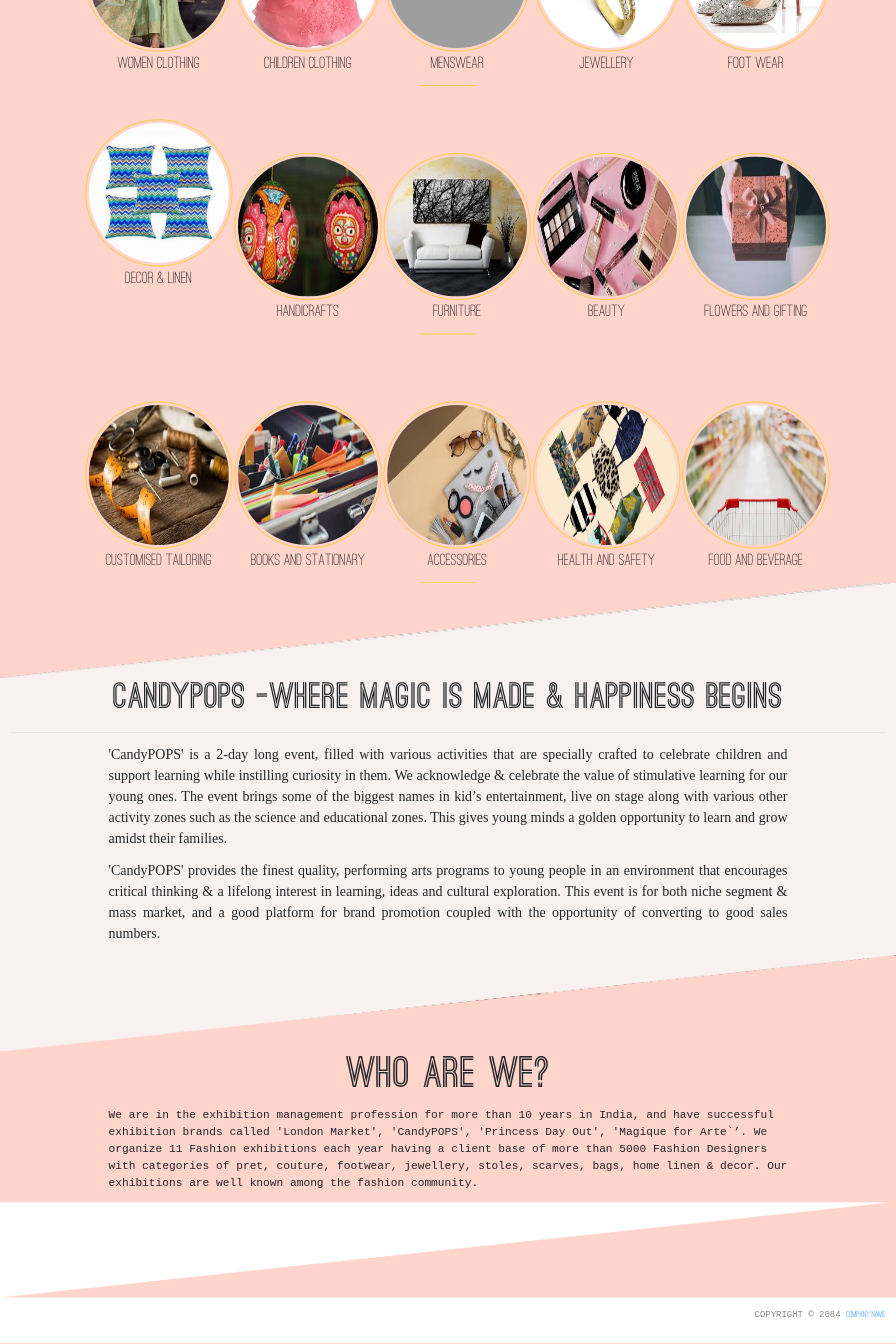
Repository: Demonster1999/newshoperrepo
Page: index.html
An editor plug-in stored every save of this project. The page is shown before and after the next save, followed by the edit.
The browser window is 1280 px wide. The pictures show the part of the page from y = 1801 to 3721 px (the page is 3721 px tall before and 3585 px after), at 70% of full size.
Pictures or frames that could not be fetched are drawn as grey boxes. Some web libraries are served in a nearby version.

Above is the page before, as saved 2020-07-21 15:59:20.
Console error: TypeError: Cannot read properties of null (reading 'getContext')

### index.html
<!DOCTYPE html>
<head>
	<meta charset="UTF-8">
	<title>London Market</title>
	<meta name="keywords" content="" />
	<meta name="description" content="" />
    <meta name="viewport" content="width=device-width, initial-scale=1.0">
    <!--
    	Roller Template
		http://www.london-market.com/preview/london-market_424_roller
	-->
	<link rel="stylesheet" href="https://fonts.googleapis.com/css2?family=Great+Vibes">
	<link href="http://fonts.googleapis.com/css?family=Open+Sans:300,400,700" rel="stylesheet" type="text/css">
	<!-- <link href="css/font-awesome.min.css" rel="stylesheet">FontAwesome Icons -->
	<link rel="stylesheet" href="https://cdnjs.cloudflare.com/ajax/libs/font-awesome/5.14.0/css/all.min.css"
		integrity="sha512-1PKOgIY59xJ8Co8+NE6FZ+LOAZKjy+KY8iq0G4B3CyeY6wYHN3yt9PW0XpSriVlkMXe40PTKnXrLnZ9+fkDaog=="
		crossorigin="anonymous" />
	<link rel="stylesheet" href="https://maxcdn.bootstrapcdn.com/bootstrap/4.0.0/css/bootstrap.min.css" integrity="sha384-Gn5384xqQ1aoWXA+058RXPxPg6fy4IWvTNh0E263XmFcJlSAwiGgFAW/dAiS6JXm" crossorigin="anonymous">
	<link rel="stylesheet" href="fonts/ostrich-sans.css">
	<link href="css/LondonMarket.css" rel="stylesheet" type="text/css">
	<link rel="stylesheet" href="css/into-to-app.css">
	<link rel="stylesheet" href="css/navbar.css">
	<link rel="stylesheet" href="css/carousel.css">

</head>
<body>
	<nav class="navbar custom-nav sticky-top p-0 m-0 ">
		<a class="navbar-brand mx-auto text-white" style="font-family: Great Vibes; font-size: 40px;" href="#">London Market</a>

	  </nav>

	<nav class="navbar third-nav navbar-expand-lg navbar-light bg-light">
		<div class="container">
			<button class="navbar-toggler navbar-toggler-icon" type="button" data-toggle="collapse" data-target="#navbarSupportedChontent"
			aria-controls="navbarSupportedContent" aria-expanded="false" aria-label="Toggle navigation">
			<span class=""></span>
		</button>


		<div class="collapse navbar-collapse" id="navbarSupportedContent">
			<ul class="navbar-nav  mr-auto text-center">

				<li class="nav-item">
					<a class=" " href="#">Register</a>
				</li>
				<li class="nav-item ">
					<a class="" href="#">login</a>
				</li>


		</div>
		<div class="  mr-auto ">
			<!-- social icons  -->
			<button class="fab fa-facebook-f"></button>
			<button class="fab fa-twitter"></button>
			<button class="fab fa-linkedin-in"></button>
			<button class="fab fa-instagram"></button>
			<button class="fab fa-youtube"></button>
		</div>
		</div>

	</nav>


	<!-- nav with dots  -->
	<nav class="nav">
        <ul>
            <li class="dot1 active" id="ec1" data-toggle="tooltip" data-placement="left" title="Tooltip on left"></li>
            <li class="dot2" id="ec2" data-toggle="tooltip" data-placement="left" title="Tooltip on left"></li>
            <li class="dot3" id="ec3"  data-toggle="tooltip" data-placement="left" title="Tooltip on left"></li>
			<li class="dot4" id="ec4"  data-toggle="tooltip" data-placement="left" title="Tooltip on left"></li>
			<li class="dot5" id="ec5"  data-toggle="tooltip" data-placement="left" title="Tooltip on left"></li>
			<li class="dot5" id="ec5"  data-toggle="tooltip" data-placement="left" title="Tooltip on left"></li>
        </ul>
    </nav>

		<section class="" id="home">
			<div id="demo" class="carousel slide" data-ride="carousel">
				<ul class="carousel-indicators">
					<li data-target="#demo" data-slide-to="0" class="active"></li>
					<li data-target="#demo" data-slide-to="1"></li>
					<li data-target="#demo" data-slide-to="2"></li>
					<!-- <li data-target="#demo" data-slide-to="3"></li> -->
				</ul>
				<div class="carousel-inner">
					<div class="carousel-item active">
						<img src="images/carousel/carousel1.jpg" alt="Los Angeles"   >
						<div class="carousel-caption">
							<h3>Los Angeles</h3>
							<p>We had such a great time in LA!</p>
						</div>
					</div>
					<div class="carousel-item">
						<img src="images/carousel/carousel4.jpg" alt="Chicago"  >
						<div class="carousel-caption">
							<h3>Chicago</h3>
							<p>Thank you, Chicago!</p>
						</div>
					</div>
					<div class="carousel-item">
						<img src="images/carousel/cp11.jpg" alt="Chicago" >
						<div class="carousel-caption">
							<h3>Chicago</h3>
							<p>Thank you, Chicago!</p>
						</div>
					</div>
					<!-- <div class="carousel-item">
						<img src="images/images/lmimages/Adobe_20200716_143015.png" alt="Chicago">
						<div class="carousel-caption">
							<h3>Chicago</h3>
							<p>Thank you, Chicago!</p>
						</div>
					</div> -->
					<!-- <div class="carousel-item">
						<img src="images/carousel/carousel3.jpg" alt="New York" class=" w-100" style="height: 300px; max-height: 500px;">
						<div class="carousel-caption">
							<h3>New York</h3>
							<p>We love the Big Apple!</p>
						</div>
					</div> -->
				</div>
				<a class="carousel-control-prev" href="#demo" data-slide="prev">
					<span class="carousel-control-prev-icon"></span>
				</a>
				<a class="carousel-control-next" href="#demo" data-slide="next">
					<span class="carousel-control-next-icon"></span>
				</a>
			</div>
		</section>

<section class=" intro-to-app container-fluid">
	<img src="images/tm-border-black-top.png" class="w-100 img-top" alt="">
	<div class="container-fluid text-center ">

		<img src="images/images/lmimages/lm.png" class="p-0 m-0" width=200px height="200px" alt="" >
		<h1 class="mx-auto  "> Get Shop-a-holic</h1>

		<hr>


		<div class="container ">
			<p class="lead text-justify">After a period of more than 10 successful years in exhibition management with a strong focus on the fashion and
			lifestyle industry, One Management International proudly brings to you yet another feather in its cap, ‘The London
			Market App’.
			The app is based on the simple concept of ‘Affordable Luxury’, where we strive to present creative and beautiful
			products from sellers across the world, through an intelligent and user-friendly app. We believe in the power of
			expressing oneself, as we aspire to showcase products and brands that stand apart. With our wide array of products
			ranging from clothing and accessories to home décor and furniture, we have something unique for everyone.
</p>
               <div class="row">
<div class="col-md-6 p-2 text-center">
	<a href="https://play.google.com/store/apps/details?id=com.prpwebs.londonmarket" class="h1"> <img src="images/logos/play store.png" class=" " width="160px" height="160px" alt="play">
		<center> Android</center>
	</a>
</div>
<div class="col-md-6 text-center">
	<a href="" class="h1"> <img src="images/logos/hiclipart.com.png" class=" " width="160px" height="160px" alt="app">
		<center>ios</center>
	</a>

</div>
			   </div>

		</div>
	</div>
	<img src="images/tm-border-black-bottom.png" class="w-100 imgbottom" alt="">
</section>


<section class="tm-dark-bg tm-section" id="portfolio">
			<div class="container-fluid">

<h1 style="font-weight: bold; font-size: 60px;" class="text-center"> The App Offers  </h1>
<div class="  row text-center mt-5 ">
	<div class="col-md-1"></div>
	<div class="col-md-2 text-center mt-5  ">
		<div class="tm-img-circle-border mx-auto ">
			<img src="images/category/display category/Women clothing.jpg" alt="Testimonial 1" class="img-circle tm-img-testimonial">
			<h4 class=" mt-2 "> Women clothing </h4>
		</div>
	</div>
	<div class="col-md-2 text-center mt-5 ">
		<div class="tm-img-circle-border mx-auto ">
			<img src="images/category/display category/children.jpg" alt="Testimonial 2" class="img-circle tm-img-testimonial">
			<h4 class=" mt-2 "> Children clothing</h4>
		</div>
	</div>
	<div class="col-md-2 text-center mt-5 ">
		<div class="tm-img-circle-border mx-auto ">
			<img src="images/category/display category/umens.jpeg" alt="Testimonial 3" class="img-circle tm-img-testimonial">
			<h4 class=" mt-2 "> Menswear </h4>
		</div>

	</div>
	<div class="col-md-2 text-center mt-5 ">
		<div class="tm-img-circle-border mx-auto ">
			<img src="images/category/display category/Jewellery.jpg" alt="Testimonial 4" class="img-circle tm-img-testimonial">
			<h4 class=" mt-2 "> Jewellery</h4>
		</div>
	</div>
	<div class="col-md-2 text-center mt-5 ">
		<div class="tm-img-circle-border mx-auto ">
			<img src="images/category/display category/Footwear.jpg" alt="Testimonial 5" class="img-circle tm-img-testimonial">
			<h4 class=" mt-2 "> foot wear </h4>
		</div>
	</div>
	<div class="col-md-1"></div>
</div>
<hr class="tm-author-name-underline mt-5">
<div class="  row text-center mt-5 ">
	<div class="col-md-1"></div>
	<div class="col-md-2 text-center mt54 ">
		<div class="tm-img-circle-border mx-auto ">
			<img src="images/category/display category/Decor & Linen.jpg" alt="Testimonial 1" class="img-circle tm-img-testimonial">
			<h4 class=" mt-2 "> Decor & Linen </h4>
		</div>
	</div>
	<div class="col-md-2 text-center mt-5 ">
		<div class="tm-img-circle-border mx-auto ">
			<img src="images/category/display category/Handicrafts.jpg" alt="Testimonial 2" class="img-circle tm-img-testimonial">
			<h4 class=" mt-2 "> Handicrafts </h4>
		</div>
	</div>
	<div class="col-md-2 text-center mt-5 ">
		<div class="tm-img-circle-border mx-auto  ">
			<img src="images/category/display category/Furniture.jpg" alt="Testimonial 3" class="img-circle tm-img-testimonial">
			<h4 class=" mt-2 "> Furniture</h4>
		</div>

	</div>
	<div class="col-md-2 text-center mt-5 ">
		<div class="tm-img-circle-border mx-auto ">
			<img src="images/category/display category/Beauty.jpg" alt="Testimonial 4" class="img-circle tm-img-testimonial">
			<h4 class=" mt-2 "> Beauty </h4>
		</div>
	</div>
	<div class="col-md-2 text-center mt-5 ">
		<div class="tm-img-circle-border mx-auto ">
			<img src="images/category/display category/Flowers & Gifting.jpg" alt="Testimonial 5" class="img-circle tm-img-testimonial">
			<h4 class=" mt-2 "> Flowers and Gifting </h4>
		</div>
	</div>
</div>
<hr class="tm-author-name-underline mt-5">
<div class="  row text-center mt-5 ">
	<div class="col-md-1"></div>
	<div class="col-md-2 text-center mt-5 ">
		<div class="tm-img-circle-border mx-auto ">
			<img src="images/category/display category/Customised Tailoring.jpg" alt="Testimonial 1" class="img-circle tm-img-testimonial">
			<h4 class=" mt-2 "> Customised Tailoring</h4>
		</div>
	</div>
	<div class="col-md-2 text-center mt-5 ">
		<div class="tm-img-circle-border mx-auto ">
			<img src="images/category/display category/books and stationary.jpg" alt="Testimonial 2" class="img-circle tm-img-testimonial">
			<h4 class=" mt-2 "> books and Stationary </h4>
		</div>
	</div>
	<div class="col-md-2 text-center mt-5 ">
		<div class="tm-img-circle-border mx-auto  ">
			<img src="images/category/display category/Accessories.jpg" alt="Testimonial 3" class="img-circle tm-img-testimonial">
			<h4 class=" mt-2 "> Accessories </h4>
		</div>

	</div>
	<div class="col-md-2 text-center mt-5 ">
		<div class="tm-img-circle-border mx-auto ">
			<img src="images/category/display category/health & safety.jpg" alt="Testimonial 4" class="img-circle tm-img-testimonial">
			<h4 class=" mt-2 "> Health and Safety </h4>
		</div>
	</div>
	<div class="col-md-2 text-center mt-5 ">
		<div class="tm-img-circle-border mx-auto ">
			<img src="images/category/display category/f&b.jpg" alt="Testimonial 5" class="img-circle tm-img-testimonial">
			<h4 class=" mt-2 "> Food and beverage </h4>
		</div>
	</div>
	<div class="col-md-1"></div>
</div>
<hr class="tm-author-name-underline mt-5">

					</div>
		</section> <!-- portfolio -->

<section class=" intro-to-app container-fluid">
	<img src="images/tm-border-black-top.png" class="w-100 img-top" alt="">
	<div class="container-fluid text-center ">

		<!-- <img src="images/images/lmimages/lm.png" class="p-0 m-0" width=200px height="200px" alt=""> -->
		<h1 class="mx-auto  "> CandyPOPS -Where Magic is made & Happiness begins </h1>

		<hr>


		<div class="container ">
			<p class="lead text-justify">'CandyPOPS' is a 2-day long event, filled with various activities that are specially crafted to celebrate children and
			support learning while instilling curiosity in them. We acknowledge & celebrate the value of stimulative learning for
			our young ones.
			The event brings some of the biggest names in kid’s entertainment, live on stage along with various other activity zones
			such as the science and educational zones. This gives young minds a golden opportunity to learn and grow amidst their
			families.
			</p>
			<p class="lead text-justify">'CandyPOPS' provides the finest quality, performing arts programs to young people in an environment that encourages
			critical thinking & a lifelong interest in learning, ideas and cultural exploration.
			This event is for both niche segment & mass market, and a good platform for brand promotion coupled with the opportunity
			of converting to good sales numbers.
			</p>



		</div>
	</div>
	<img src="images/tm-border-black-bottom.png" class="w-100 imgbottom" alt="">
</section>

<section class="tm-dark-bg tm-section" id="portfolio">
	<div class="container-fluid">

		<h1 style="font-weight: bold; font-size: 60px;" class="text-center"> Who are we? </h1>
		<div class="container">
<p style="font-family: 'Courier New', Courier, monospace;" class="mt-2">
	We are in the exhibition management profession for more than 10 years in India, and have successful exhibition
	brands
	called 'London Market', 'CandyPOPS', 'Princess Day Out', 'Magique for Arte`’. We organize 11 Fashion exhibitions
	each
	year having a client base of more than 5000 Fashion Designers with categories of pret, couture, footwear, jewellery,
	stoles, scarves, bags, home linen & decor. Our exhibitions are well known among the fashion community.
</p>

		</div>

	</div>
<img src="images/tm-border-white-top.png" class="w-100 img-top" alt="">
</section> <!-- portfolio -->



	<footer class="text-right bg-white">
		<p class="text-uppercase container small">Copyright &copy; 2084 <a href="#">Company Name</a></p>
	</footer>
	<script src="js/jquery-1.11.1.min.js" ></script>
	<!-- <script src="https://code.jquery.com/jquery-3.5.1.min.js"
		integrity="sha256-9/aliU8dGd2tb6OSsuzixeV4y/faTqgFtohetphbbj0=" crossorigin="anonymous"></script> -->
		<script src="https://cdnjs.cloudflare.com/ajax/libs/font-awesome/5.14.0/js/all.min.js"
			integrity="sha512-YSdqvJoZr83hj76AIVdOcvLWYMWzy6sJyIMic2aQz5kh2bPTd9dzY3NtdeEAzPp/PhgZqr4aJObB3ym/vsItMg=="
			crossorigin="anonymous"></script>
<script src="https://cdnjs.cloudflare.com/ajax/libs/popper.js/1.12.9/umd/popper.min.js" integrity="sha384-ApNbgh9B+Y1QKtv3Rn7W3mgPxhU9K/ScQsAP7hUibX39j7fakFPskvXusvfa0b4Q" crossorigin="anonymous"></script>
<script src="https://maxcdn.bootstrapcdn.com/bootstrap/4.0.0/js/bootstrap.min.js" integrity="sha384-JZR6Spejh4U02d8jOt6vLEHfe/JQGiRRSQQxSfFWpi1MquVdAyjUar5+76PVCmYl" crossorigin="anonymous"></script>
	<script src="js/LondonMarket.js"></script>
	<script src="js/scrollnav.js"></script>
</body>
</html>

### css/into-to-app.css
.intro-to-app{

    padding: 0;
    background-color:#F9F1F0;

}
.intro-to-app img{
    display: inline;
}
.intro-to-app h1{
    font-family: ostrich sans ;
    font-weight: bold;
    display: inline;
    font-size: 50px;

}
.intro-to-app p{
    font-family: hevletica;

}
.imgbottom{
    width: 200%;
    margin: 0;

    position: relative;

}

.img-top{
    margin: 0;
    position: relative;



}

### css/navbar.css
.custom-nav {
    background-color: #e2725b;

}
.custom-nav {
    color: #fff;
    font-size: 25px;

}

/* thirdnav  */
.third-nav a{
    color: black;
    font-family: 'Lucida Sans', 'Lucida Sans Regular', 'Lucida Grande', 'Lucida Sans Unicode', Geneva, Verdana, sans-serif;
    font-weight: bold;
    color: #e2725b;
}
.third-nav ul li{
    margin-left: 10%;
    margin-right: 10%;
}
.third-nav .fa-facebook-f,.fa-twitter,.fa-linkedin-in,.fa-instagram,.fa-youtube{
 margin-left: 5px;
  margin-right: 5px;
    color:#e2725b;

}

/* thirdnav end  */

.nav {
    position: fixed;
    top: 45%;
    bottom: 30%;
    right: 0;
	width: 60px;
	z-index: 50;
}

.nav ul {
	list-style: none;
}


.nav li {
    width: 10px;
	height: 10px;
	margin: 10px;
    border-radius: 100%;
    background-color: rosybrown;
    cursor: pointer;
    transition: .5s;
}

.dot1 {
    background-color: rgb(82, 43, 43);
}

.dot2 {
    background-color: rgb(24, 73, 44);
}

.dot3 {
    background-color: rgb(73, 58, 204);
}

.dot4 {
    background-color: rgb(58, 70, 31);
}

.active {
    box-shadow: 0 0 0 3px #fffffff1, 0 0 0 6px #000;
}

### css/carousel.css
#home .carousel-inner img {
    min-width: 100%;
    min-height: 320px;
    max-height: 500px;
    max-resolution: 0;
  }


  #home .carousel-inner .carousel-caption{
    position: absolute;
    font-size: 30px;
    background-color: rgba(0,0, 0, 0.3);
    width: 100%;
    margin: 0;
    left: 0;
    right: 0;
    height: 100%;
    top: 5px;

  }

    #home .carousel-inner .carousel-caption h3{
      position: relative;
      top: 40%;
      font-family:fantasy;

      font-size: 40px;
    }
    #home .carousel-inner .carousel-caption p{
      position: relative;
      top: 42%;
      font-family: Cambria, Cochin, Georgia, Times, 'Times New Roman', serif;

    }
    .carousel-control-prev,.carousel-control-next{
      z-index: 50;
    }

Loaded but not shown: fonts/ostrich-sans.css (common file); js/jquery-1.11.1.min.js (library); js/LondonMarket.js (359 lines, source omitted); js/scrollnav.js (48 lines, source omitted); css/LondonMarket.css (434 lines, source omitted)

After the next save:
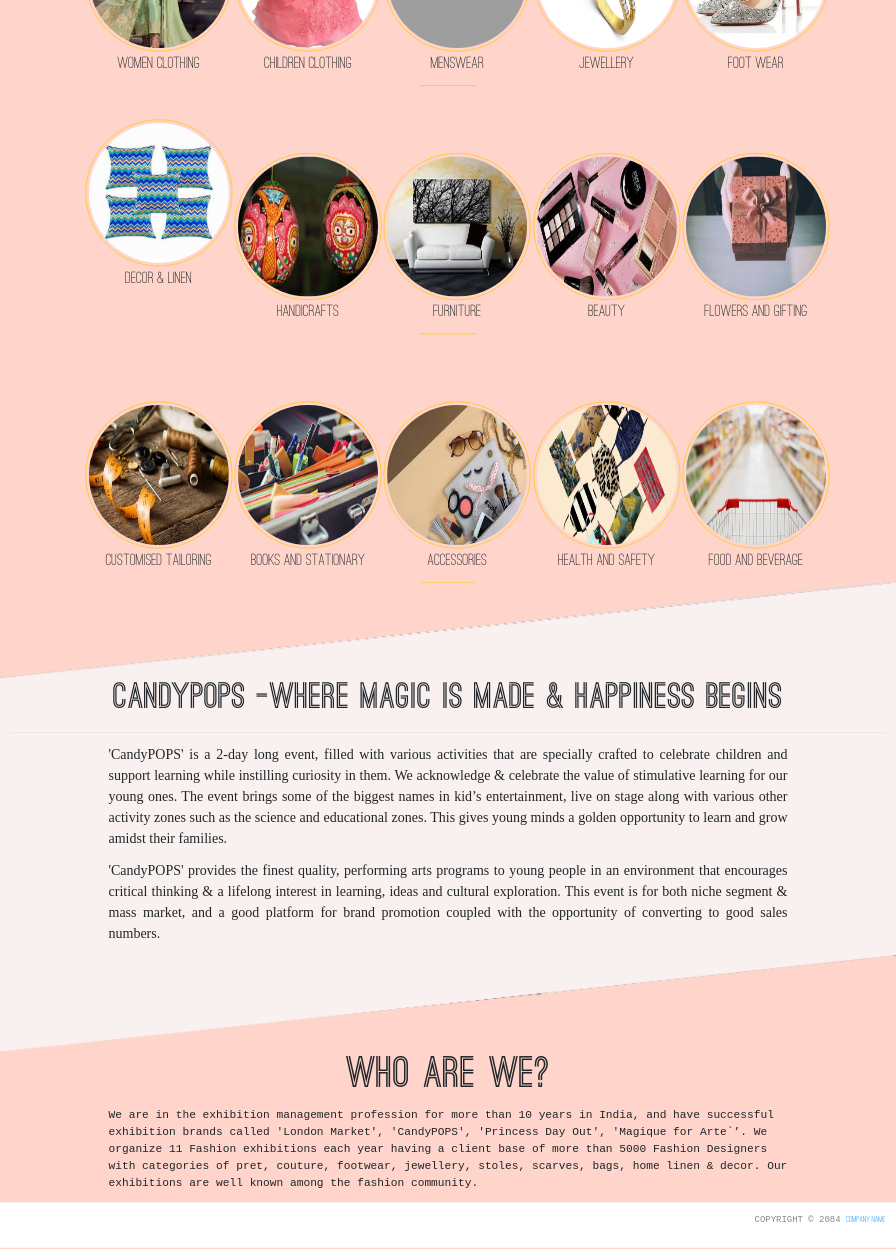
Saved 27 s later.
--- a/index.html
+++ b/index.html
@@ -330,7 +330,7 @@
 		</div>
 
 	</div>
-<img src="images/tm-border-white-top.png" class="w-100 img-top" alt="">
+
 </section> <!-- portfolio -->
 
 
